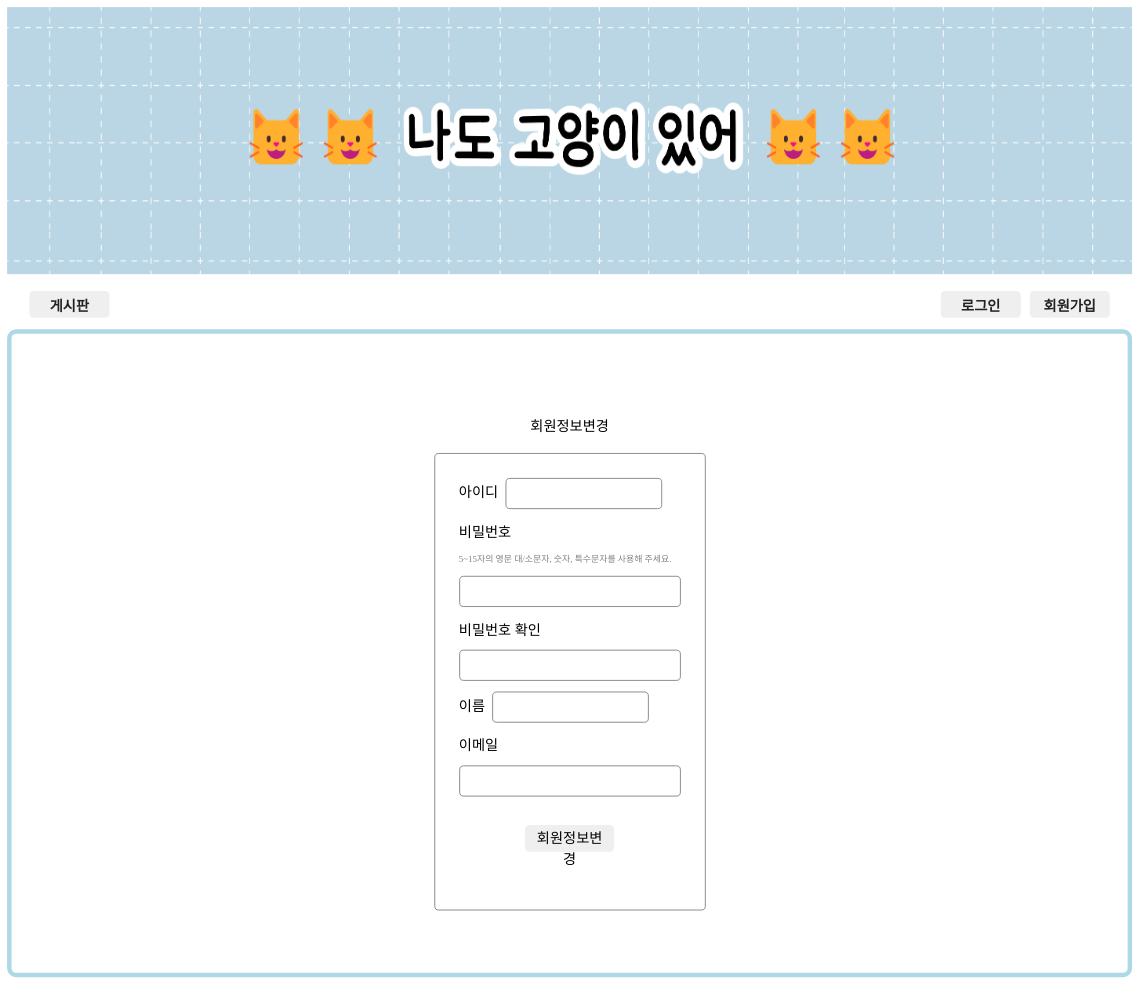
Repository: hh7711/Goit
Page: http://localhost/Goit/WEB-INF/views/memberInfoPage.jsp
These files come from the project's save history. The page is drawn as it stood at one moment and after the next save; the edit follows.
The browser window is 1280 px wide. The pictures show the whole page, at 89% of full size.
Some web fonts or font styles are not loaded; a fallback is used. The page is served by Tomcat 9. Nobody is signed in. Other server files are loaded and not shown. The template is opened directly, without the code that normally fills it, so the values that code supplies are empty.

Above is the page before, as saved 2023-08-06 13:19:46.

### Goit/src/main/webapp/WEB-INF/views/memberInfoPage.jsp
<%@ page language="java" contentType="text/html; charset=UTF-8"
    pageEncoding="UTF-8"%>
<%@ taglib prefix="c" uri="http://java.sun.com/jsp/jstl/core" %>
<!DOCTYPE html>
<html>
<head>
<meta charset="UTF-8">
<title>나도 고양이 있어</title>
	<style type="text/css">
		@font-face {
		    font-family: 'Dovemayo_gothic';
		    src: url('https://cdn.jsdelivr.net/gh/projectnoonnu/noonfonts_2302@1.1/Dovemayo_gothic.woff2') format('woff2');
		    font-weight: normal;
		    font-style: normal;
		}
		body,button {
			font-family: 'Dovemayo_gothic';
		}
		#main1{
			border: 5px solid lightblue;
			border-radius: 10px;
			padding: 20px;
		}
		.headBtnDiv{
			margin-bottom: 30px; margin-top: 10px;
			margin-left: 20px; margin-right: 20px;
		}
    	.headBtn{
        	border: 0.5px;
        	width: 90px;
        	height: 30px;
        	color: rgb(34, 34, 34);
        	border-radius: 5px;
        	font-size: medium;
        	font-weight: bold;
        	margin-top: 5px; margin-left: 5px; margin-right: 5px; margin-bottom: 30px;
        }
        .headBtn:hover{
        	background-color: rgb(211, 253, 255);
        	box-shadow: 1px 1px 5px #ccc;
        }
        .headId{
        	font-size: medium;
        	font-weight: bold;
        	margin-top: 8px; margin-left: 5px; margin-right: 5px; margin-bottom: 10px;
        }
        table{
            margin-left: auto; margin-right: auto;
            padding: 20px;
            border: 0.2px solid gray;
            border-radius: 5px;
        }
        tr,td{
        	padding: 5px;
        }
        input{
            border: 0.5px solid gray;
            border-radius: 5px;
            height: 23px;
            font-family: 'Dovemayo_gothic';
            padding: 5px;
        }
        .write:focus{
            background-color: #E8F5FF;
            color: rgb(75, 75, 75);
            outline: 2px solid gray;
        }
        #memberUpdate{
           border: none;
            border-radius: 5px;
            width: 100px;
            height: 30px;
            font-size: medium;
        }
        #memberUpdate:hover{
            background-color: #E8F5FF;
            box-shadow: 1px 1px 5px #ccc;
        }
        .displaynone{
        	color: red;
        	font-size: small;
        }
	</style>
</head>
<body>
	<div>
		<a href="mainPage">
			<img style="height: 300px;" alt="오류" src="resources/main/main15.png" width="100%">
		</a>
	</div>
	<div class="headBtnDiv">
		<button type="button" class="headBtn" style="float: left;" onclick="location.href='boardList'">게시판</button>
		<c:if test="${dto == null}">
			<button type="button" class="headBtn" style="float: right;" onclick="location.href='signUpPage'">회원가입</button>
			&nbsp;<button type="button" class="headBtn" style="float: right;" onclick="location.href='signInPage'">로그인</button>
		</c:if>
		<c:if test="${dto != null}">
			<button type="button" class="headBtn" style="float: right;" onclick="location.href='signOut'">로그아웃</button>&nbsp;
			<button type="button" class="headBtn" style="float: right;" onclick="location.href='myPage'">마이페이지</button>
			<span class="headId" style="float: right;">${dto.id}님</span>
		</c:if>
	</div>
	<div id="main1">
		<div id="main2">
			<div><!-- 본문 -->
<!-- 			<img alt="" src="resources/main.png" width="100%"> -->
				<div style="margin: 50px;">
					<div style="text-align: center; padding: 20px;">회원정보변경</div>
					<form method="post" action="memberUpdate" name="memberUpdateForm">
				<!-- 		<table border="2px solid"> -->
						<table>
							<tr>
				                <td>
				                	아이디&nbsp;
				                	<input type="text" value="${dto.id}" name="id" readonly id="id">
				                </td>
							</tr>
							<tr>
				                <td>
				                	비밀번호
				                </td>
							</tr>
							<tr>
				                <td style="color: gray; font-size: x-small;">
				                	5~15자의 영문 대/소문자, 숫자, 특수문자를 사용해 주세요.
				                </td>
							</tr>
				            <tr>
				                <td>
				                    <input type="password" id="pwd1" class="write" size="30" maxlength="15" value="${dto.pwd}">
				                </td>
				            </tr>
							<tr>
				                <td>비밀번호 확인</td>
							</tr>
				            <tr>
				                <td>
				                    <input type="password" name="pwd" id="pwd2" class="write" size="30" maxlength="15" value="${dto.pwd}">
				                </td>
				            </tr>
				            <tr id="pwdX" style="display: none;" class="displaynone">
				                <td>
				                    비밀번호가 일치하지 않습니다.
				                </td>
				            </tr>
				            <tr id="pwdO" style="display: none;" class="displaynone">
				                <td>
									비밀번호가 일치합니다.
				                </td>
				            </tr>
							<tr>
				                <td>
				                	이름&nbsp;
				                	<input type="text" value="${dto.name}" readonly id="name">
				                </td>
							</tr>
							<tr>
				                <td>이메일</td>
							</tr>
				            <tr>
				                <td>
				                    <input type="text" name="email" id="email" class="write" size="30" value="${dto.email}">
				                </td>
				            </tr>
				            <tr>
				                <td align="center">
				                    <div style="margin: 20px;">
				                        <button type="button" id="memberUpdate">회원정보변경</button>
				                    </div>
				                </td>
				            </tr>
						</table>
					</form>
				</div>
			</div><!-- 본문 -->
		</div><!-- main1 -->
	</div><!-- main2 -->
	<script src="https://ajax.googleapis.com/ajax/libs/jquery/3.3.1/jquery.min.js"></script>
    <script type="text/javascript">
        var idCheck = false;
        var pwdCheck = false;
        $("#pwd2").on("propertychange change keyup paste input", function () {
        	console.log("비밀번호 입력중")
			if ($("#pwd1").val() != $("#pwd2").val()) {
			    $("#pwdX").show();
			    $("#pwdO").hide();
			}else if ($("#pwd1").val() == $("#pwd2").val()) {
			    $("#pwdO").show();
			    $("#pwdX").hide();
			}
        });
//      비밀번호, 이름, 이메일 유효성검사를 위한 정규식
//      영문 대/소문자, 숫자, 특수문자를 하나 이상 포함하여 5~15자
        var userPwdCheck = (/^(?=.*[a-z])(?=.*[A-Z])(?=.*[0-9])(?=.*[!@#$%^*?]).{5,15}$/);

        var userEmailCheck = RegExp(/^[A-Za-z0-9_\.\-]+@[A-Za-z0-9\-]+\.[A-Za-z0-9\-]+/);

//      회원가입 버튼 눌렀을때
        $("#memberUpdate").on("click", function() {
			console.log("비밀번호 => "+$("#pwd2").val());
			console.log("아이디 => "+$("#id").val());
			console.log("이메일 => "+$("#email").val());
			if ($("#pwd1").val() == "" || $("#pwd2").val() == "") {
				alert("비밀번호를 입력해주세요.");
				$("#pwd1").focus();
				return false;
			}
			if ($("#id").val() == $("#pwd1").val()) {
				alert("아이디를 비밀번호로 사용할 수 없습니다.");
				$("#pwd1").val("");
				$("#pwd1").focus();
				return false;
			}
			if ($("#pwd1").val().length < 5) {
				alert("비밀번호는 5자 이상이여야 합니다.");
				$("#pwd1").focus();
				return false;
			}
			if ($("#pwd1").val() != $("#pwd2").val()) {
				alert("비밀번호가 일치하지 않습니다.");
				$("#pwd1").focus();
				return false;
			}
			if(!userPwdCheck.test($("#pwd1").val())){
		        alert("비밀번호 형식에 맞게 입력해주세요.");
		        $("#pwd1").focus();
		        return false;
	      	}
			if ($("#email").val() == "") {
				alert("이메일을 입력해주세요.");
				$("#email").focus();
				return false;
			}
			if(!userEmailCheck.test($("#email").val())){
		        alert("이메일주소가 올바르지 않습니다.");
		        $("#email").focus();
		        return false;
	      	}
			document.memberUpdateForm.submit();
			alert("회원정보 수정이 완료되었습니다.");
		});
	</script>
</body>
</html>

After the next save:
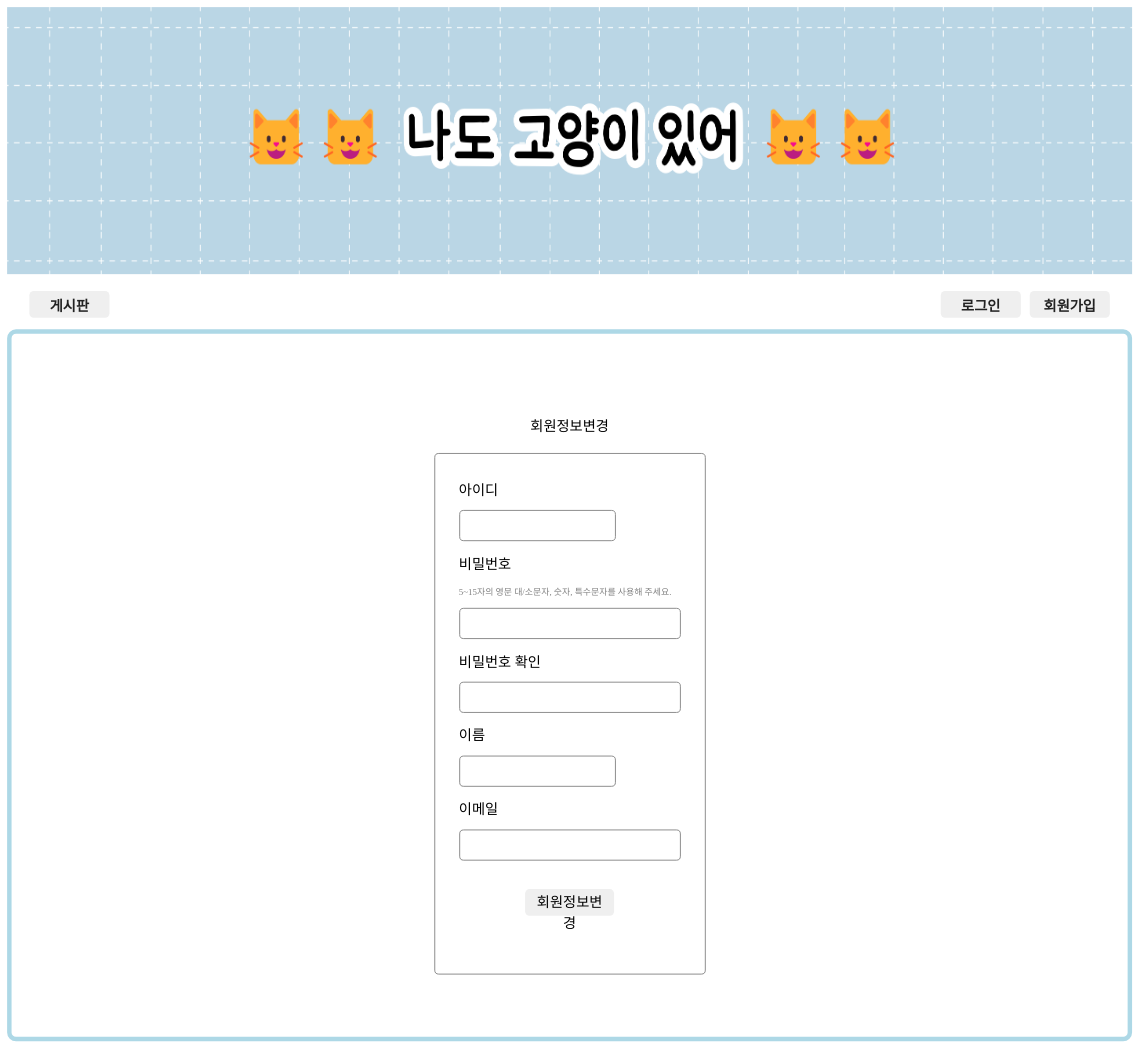
Saved 65 s later.
--- a/Goit/src/main/webapp/WEB-INF/views/memberInfoPage.jsp
+++ b/Goit/src/main/webapp/WEB-INF/views/memberInfoPage.jsp
@@ -111,7 +111,11 @@
 						<table>
 							<tr>
 				                <td>
-				                	아이디&nbsp;
+				                	아이디
+				                </td>
+							</tr>
+							<tr>
+				                <td>
 				                	<input type="text" value="${dto.id}" name="id" readonly id="id">
 				                </td>
 							</tr>
@@ -150,7 +154,11 @@
 				            </tr>
 							<tr>
 				                <td>
-				                	이름&nbsp;
+				                	이름
+				                </td>
+							</tr>
+							<tr>
+				                <td>
 				                	<input type="text" value="${dto.name}" readonly id="name">
 				                </td>
 							</tr>
